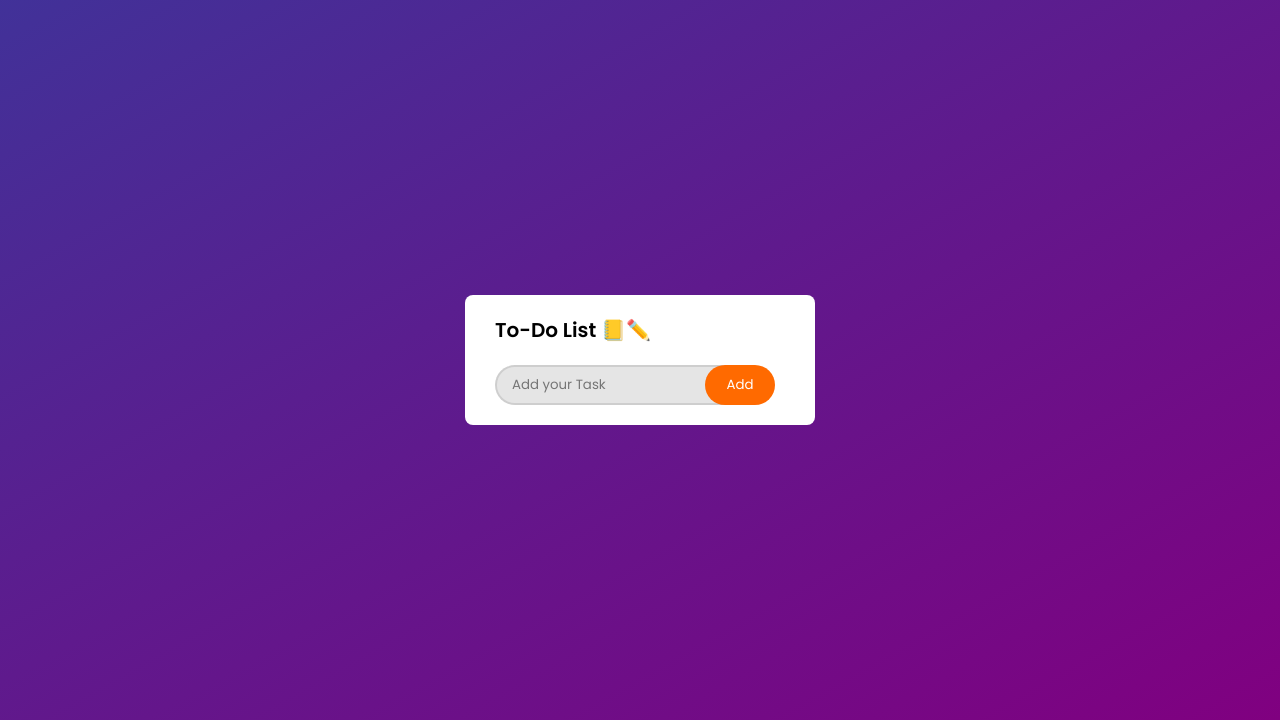
Repository: Ankitkr2021/To-Do-List
Page: index.html
These files come from the project's save history. The page is drawn as it stood at one moment and after the next save; the edit follows.
The browser window is 1280 px wide. The pictures show the whole page.

Above is the page before, as saved 2025-10-03 12:25:39.

### index.html
<!DOCTYPE html>
<html lang="en">
<head>
    <meta charset="UTF-8">
    <meta name="viewport" content="width=device-width, initial-scale=1.0">
    <title>To-Do-List</title>
    <link rel="stylesheet" href="./style.css">
</head>
<body>
    <div class="box">
        <h1>To-Do List 📒✏️</h1>
        <div class="task">
        <input id="input-box" type="text" placeholder="Add your Task">
        <button onclick="addTask()">Add</button>
        </div>
        <ul id="list-container">
            <!-- <li class="checked">addTask()</li>
            <li>Task 2</li>
            <li>Task 3</li> -->
        </ul>
    </div>
    <script src="script.js"></script>
</body>
</html>

### style.css
@import url("https://fonts.googleapis.com/css2?family=Poppins:wght@300;400;500;600;700&display=swap");

*{
    margin: 0;
    padding: 0;
    box-sizing: border-box;
    font-family: 'Poppins',sans-serif;
}

body{
    display: flex;
    justify-content: center;
    align-items: center;
    height: 100vh;
    background: linear-gradient(to bottom right, rgba(40, 22, 139, 0.884), purple);
}

.box {
    background: #fff;
    /* height: 150p/x; */
    /* margin-bottom: 20px; */
    max-height: 400px;
    width: 350px;
    border-radius: 8px;
}

.box h1 {
    padding: 20px 30px;
    font-size: 20px;
    font-weight: 600;
}

.task {
    /* background: #000; */
    padding: 0 30px 20px;
    position: relative;
}

.task input {
    width: 85%;
    height: 40px;
    border-radius: 20px;
    border: 2px solid rgba(0,0,0,0.1);
    background: rgba(0,0,0,0.1);
    padding-left: 15px;
}

.task button {
    content: "";
    position: absolute;
    left: 240px;
    height: 40px;
    width: 20%;
    border-radius: 20px;
    background: rgb(255, 106, 0);
    color: #fff;
    border: none;
}

ul li {
    list-style: none;
    font-size: 17px;
    padding: 20px 8px 20px 50px;
    user-select: none;
    cursor: pointer;
    position: relative;
}

ul li:before{
    content: '';
    position: absolute;
    height: 20px;
    width: 20px;
    border-radius: 50%;
    background-image: url(./images/unchecked.png);
    background-size: cover;
    background-position: center;
    top: 22px;
    left: 24px;
}

ul li.checked {
    color: #555;
    text-decoration: line-through;
}

ul li.checked::before {
    background-image: url(./images/checked.png);
}

ul li span {
    position: absolute;
    right: 25px;
    top: 10px;
    width: 40px;
    height: 40px;
    font-size: 22px;
    color: #555;
    line-height: 40px;
    text-align: center;
    border-radius: 50%;
}

ul li span:hover {
    background: #edeef0;
}

### script.js
const inputBox = document.getElementById("input-box");
const listContainer = document.getElementById("list-container");

function addTask() {
    if(inputBox.value === '') {
        alert("You must write something!");
    }
    else {
        let li = document.createElement("li");
        li.innerHTML = inputBox.value;
        listContainer.appendChild(li);
        let span = document.createElement("span");
        span.innerHTML = "\u00d7";
        li.appendChild(span);
    }
      inputBox.value = "";
      saveData();
}

listContainer.addEventListener("click", function(e) {
    if(e.target.tagName === "LI") {
        e.target.classList.toggle("checked");
        saveData();
    }
    else if(e.target.tagName === "SPAN"){
        e.target.parentElement.remove();
        saveData();
    }
}, false);

function saveData(){
    localStorage.setItem("data", listContainer.innerHTML);
}

function showTask() {
    listContainer.innerHTML = localStorage.getItem("data");
}
showTask();

After the next save:
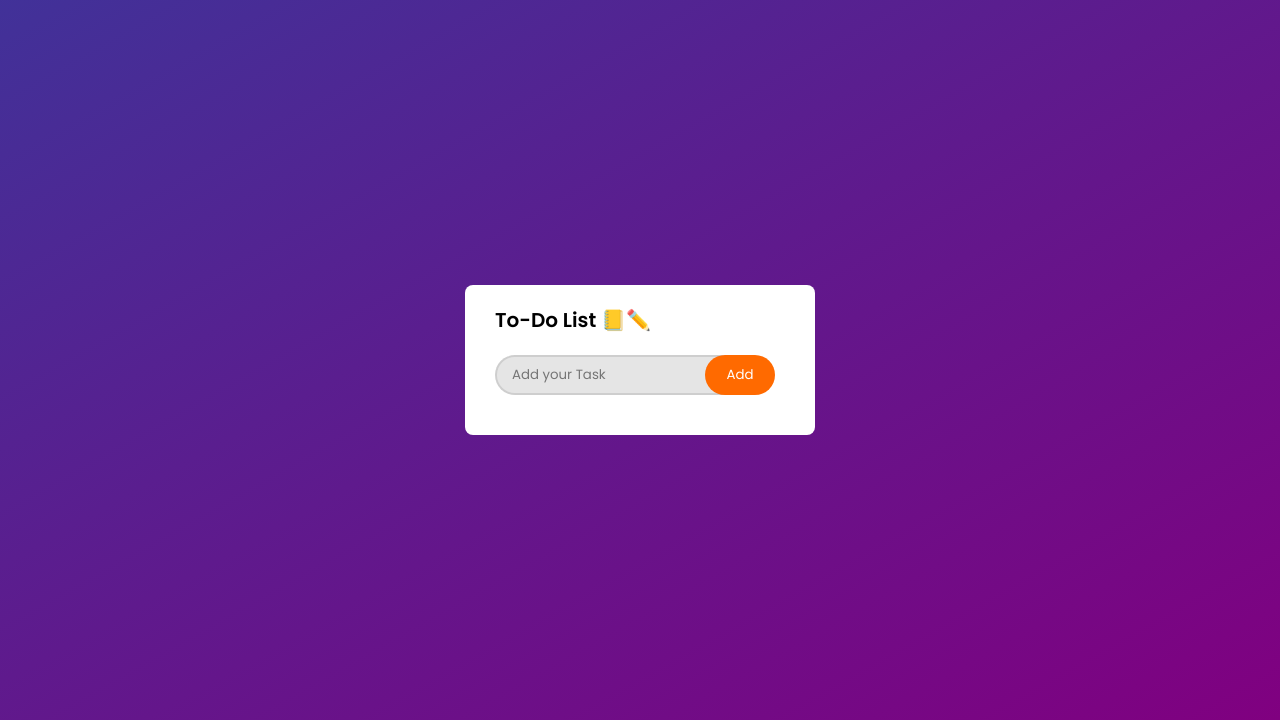
Saved 6 s later.
--- a/style.css
+++ b/style.css
@@ -32,7 +32,7 @@ body{
 
 .task {
     /* background: #000; */
-    padding: 0 30px 20px;
+    padding: 0 30px 40px;
     position: relative;
 }
 
